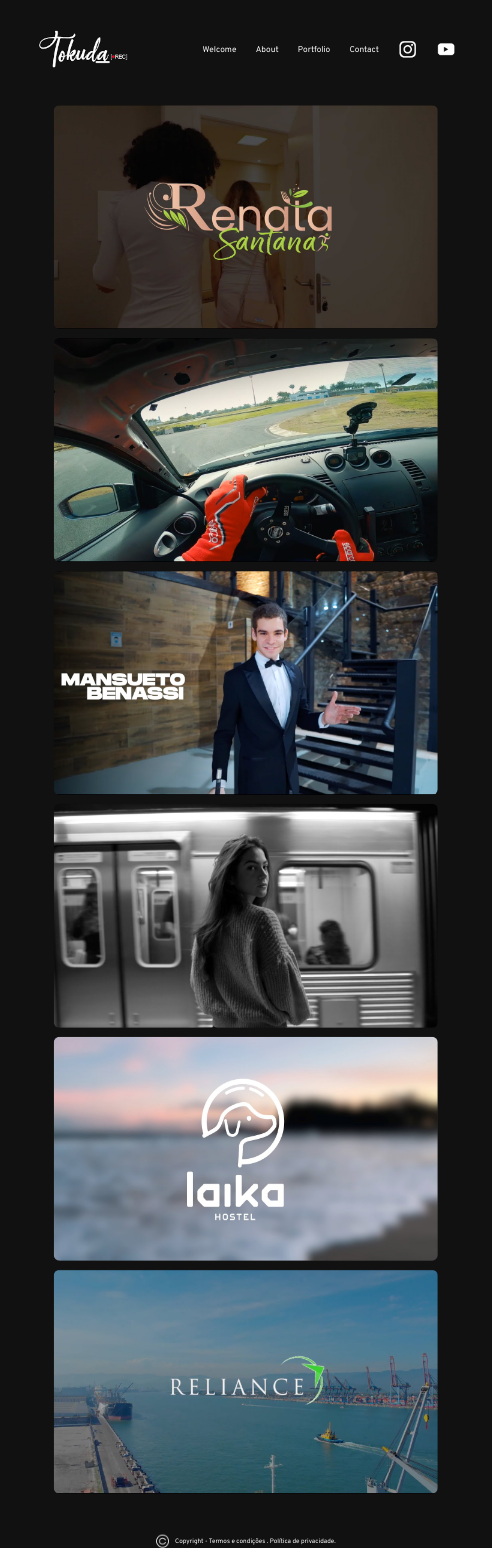
Repository: Lucasbeze/Project-FilmMaker
Page: projeto-alex/pages/portfolio.html
These files come from the project's save history. The page is drawn as it stood at one moment and after the next save; the edit follows.
The browser window is 768 px wide. The pictures show the whole page, at 64% of full size.

Above is the page before, as saved 2022-08-26 16:47:43.

### projeto-alex/pages/portfolio.html
<!DOCTYPE html>
<html lang="pt-br">
<head>
  <meta charset="UTF-8">
  <meta http-equiv="X-UA-Compatible" content="IE=edge">
  <meta name="viewport" content="width=device-width, initial-scale=1.0">
  <title>Home</title>
  <link rel="stylesheet" href="/css/portfolio.css">
  <link rel="shortcut icon" href="../imagens/faviconlogo.png" type="image/x-icon">

</head>
<body>
  <header>
    <a href="/"><img src="../imagens/logonovo.png" alt="logo-alextokuda"></a>
    <nav>
      <a href="/">Welcome</a>
      <a href="/about">About</a>
      <a href="/portfolio">Portfolio</a>
      <a href="/contact">Contact</a>
      <a href="https://www.instagram.com/" target="_blank"><img src="../imagens/instagram.png" alt="icon-instagram"></a>
      <a href="https://www.youtube.com/" target="_blank"><img src="../imagens/youtube.png" alt="icon-youtube"></a>
    </nav>
  </header>
  <main>

    <a href="../pages-video/renata-santana.html" class="renata-santana" target="_blank">
      <button ><img src="../imagens/renata-santana-thumbnail.jpg" alt="renata-santana-thumbnail"></button>
    </a>


    <a href="../pages-video/super-drift.html" class="super-drift" target="_blank">
      <button ><img src="../imagens/superdrif-thumbnail.jpg" alt="superdrif-thumbnail"></button>
    </a>


    <a href="../pages-video/mansueto-benassi.html" class="mansueto-benassi" target="_blank">
        <button ><img src="../imagens/mansueto-benassi-thumbnail.jpg" alt="mansueto-benassi-thumbnail"></button>
    </a>


    <a href="../pages-video/magi.html" class="magi" target="_blank">
      <button ><img src="../imagens/magi-thumbnail.jpg" alt="magi-thumbnail"></button>
    </a>

    <a href="../pages-video/laika.html" class=".laika" target="_blank">
      <button ><img src="../imagens/laika-thumbnail.jpg" alt="laika-thumbnail"></button>
    </a>

    <a href="../pages-video/reliance.html" class=".laika" target="_blank">
      <button ><img src="../imagens/reliance-thumbnail.jpg" alt="reliance-thumbnail"></button>
    </a>

    </div>
  </main>
  <footer>
    <img src="../imagens/copyright.png" alt="copyright-icon">
    <p>Copyright - Termos e condições . Política de privacidade. </p>
  </footer>
  </body>
  </html>

### projeto-alex/css/portfolio.css
@import url('https://fonts.googleapis.com/css2?family=Overpass&display=swap');

*{
  margin:0;
  padding:0;
  box-sizing:border-box;
}
:root {
  --main-bg-color:#111111;
  --text-color:#FFFFFF;
  --ff-text:'Overpass', sans-serif;
  --color-button: #D9D9D9;
  --color-butttonh:#afafaf ;
  font-size: 62.5%;
}
body{
  background-color:var(--main-bg-color);
  font-family:'Overpass', sans-serif;;
}
header{
  margin-top: 4.4rem;
  display: flex;
  align-items: center;
  justify-content: space-around;

}
header nav{
  font-size: 1.3rem;
  display: flex;
  align-items:center;
  gap: 30px;
}
header nav a {
  text-decoration: none;
  color:var(--text-color);
}
header nav img {
  width: 30px;
}
main{
  display: flex;
  flex-wrap: wrap;
  justify-content: center;
  align-items: center;
  gap: 1rem;
  margin-top: 5rem;

}
main button {
  border:none;
  background: none;
}
button img {
  border-radius: 0.9rem;
  width: 60rem;
  height:35rem;
}

footer{
  margin-top: 6rem;
  display:flex;
  align-items: center;
  justify-content: center;
  align-content: center;
  gap: 1rem;
  color: var(--text-color);
}
footer img{
  width:20px;
}
@media(max-width:800px) {
  button img {
    border-radius: 0.9rem;
    width: 60rem;
    height:35rem;
  }
}

After the next save:
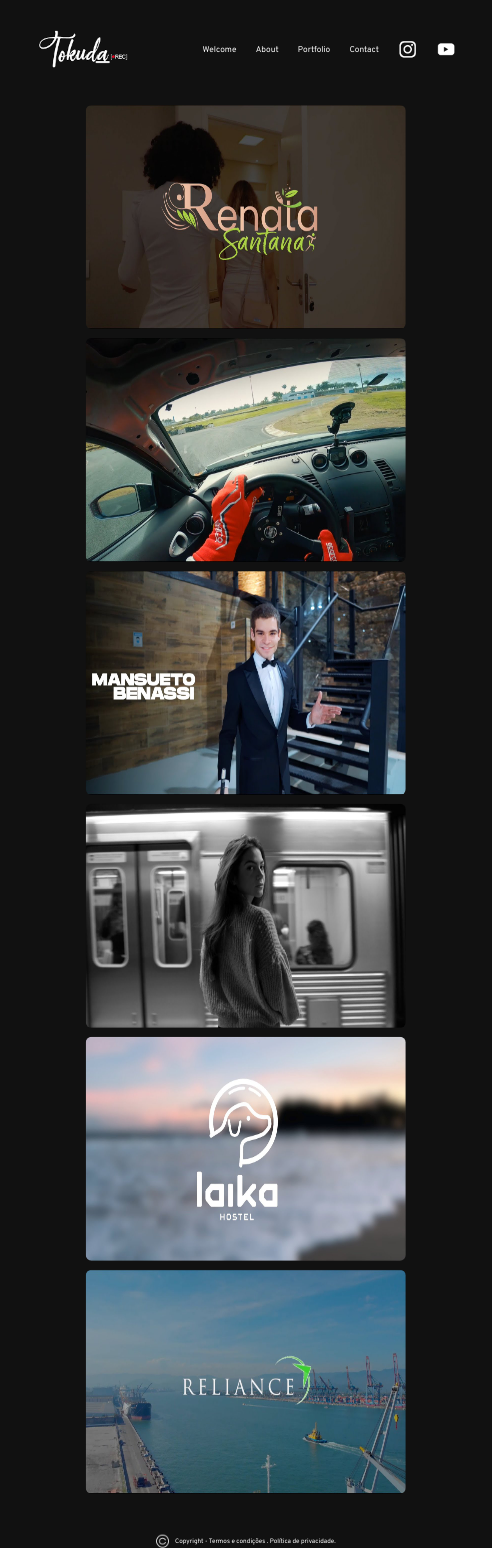
Saved 6 s later.
--- a/projeto-alex/css/portfolio.css
+++ b/projeto-alex/css/portfolio.css
@@ -71,7 +71,7 @@
 @media(max-width:800px) {
   button img {
     border-radius: 0.9rem;
-    width: 60rem;
+    width: 50rem;
     height:35rem;
   }
 }
